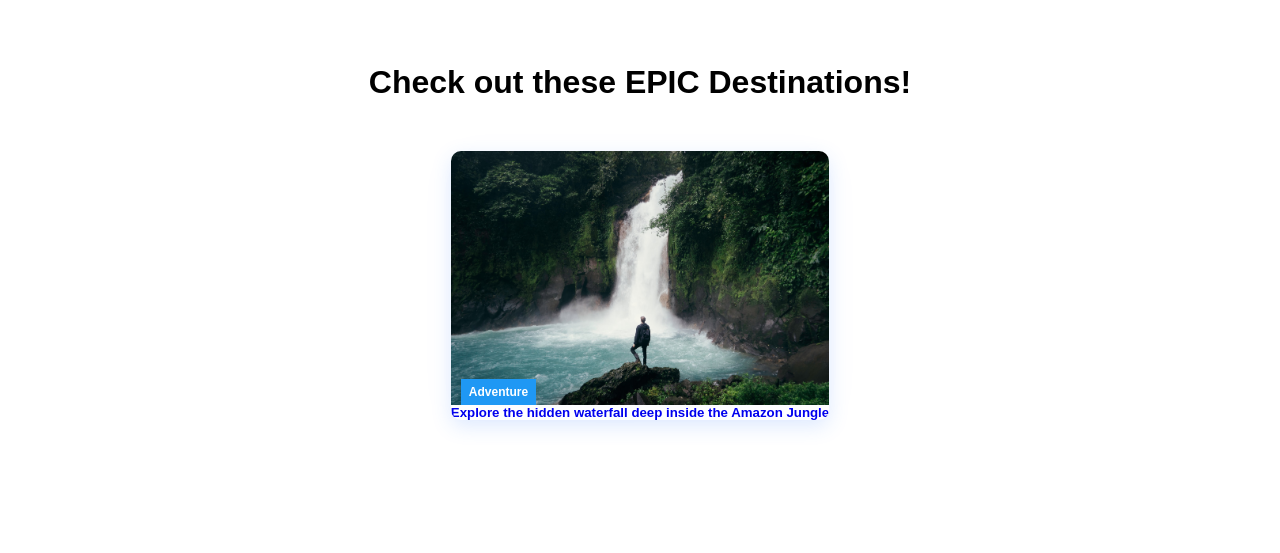
Repository: kate30980/practice-react-lp1
Page: /
The author's editor kept a copy of each file at every save. The page is drawn from the files as they stood at one save, then again after the next save.
The browser window is 1280 px wide. The pictures show the part of the page from y = 800 to 1542 px (the page is 1353 px tall before and 1542 px after).
The project was rebuilt for these pictures with package versions that can differ from the ones it lists, and the page was loaded fresh each time.

Above is the page before, as saved 2021-09-25 12:12:12.

### src/App.js
import React from "react";
import "./App.css";
import Navbar from "./components/Navbar";
import { BrowserRouter as Router, Switch, Route } from "react-router-dom";
import Home from "./components/pages/Home";
function App() {
  return (
    <>
      <Router>
        <Navbar />
        <Switch>
          <Route path="/" exact component={Home} />
        </Switch>
      </Router>
    </>
  );
}

export default App;

### src/App.css
* {
    box-sizing: border-box;
    margin: 0;
    padding: 0;
    font-family: 'PT Sans', sans-serif;
  }

### src/components/Navbar.js
import React, { useState, useEffect } from "react";
import { Button } from "./Button";
import { Link } from "react-router-dom";
import "./Navbar.css";

function Navbar() {
  const [click, setClick] = useState(false);
  const [button, setButton] = useState(true);

  const handleClick = () => setClick(!click);
  const closeMobileMenu = () => setClick(false);

  const showButton = () => {
    if (window.innerWidth <= 960) {
      setButton(false);
    } else {
      setButton(true);
    }
  };

  useEffect(() => {
    showButton();
  }, []);

  window.addEventListener("resize", showButton);

  return (
    <>
      <nav className="navbar">
        <div className="navbar-container">
          <Link to="/" className="navbar-logo" onClick={closeMobileMenu}>
            TRVL
            <i class="fab fa-typo3" />
          </Link>
          <div className="menu-icon" onClick={handleClick}>
            <i className={click ? "fas fa-times" : "fas fa-bars"} />
          </div>
          <ul className={click ? "nav-menu active" : "nav-menu"}>
            <li className="nav-item">
              <Link to="/" className="nav-links" onClick={closeMobileMenu}>
                Home
              </Link>
            </li>
            <li className="nav-item">
              <Link
                to="/services"
                className="nav-links"
                onClick={closeMobileMenu}
              >
                Services
              </Link>
            </li>
            <li className="nav-item">
              <Link
                to="/products"
                className="nav-links"
                onClick={closeMobileMenu}
              >
                Products
              </Link>
            </li>

            <li>
              <Link
                to="/sign-up"
                className="nav-links-mobile"
                onClick={closeMobileMenu}
              >
                Sign Up
              </Link>
            </li>
          </ul>
          {button && <Button buttonStyle="btn--outline">SIGN UP</Button>}
        </div>
      </nav>
    </>
  );
}

export default Navbar;

### src/components/pages/Home.js
import "../../App.css";
import HeroSection from "../HeroSection";
import React from "react";
import Cards from "../Cards";

function Home() {
  return (
    <>
      <HeroSection />
      <Cards />
    </>
  );
}
export default Home;

### src/components/Button.js
import React from "react";
import "./Button.css";
import { Link } from "react-router-dom";

const STYLES = ["btn--primary", "btn--outline"];
const SIZES = ["btn--medium", "btn--large"];

export const Button = ({
  children,
  type,
  onClick,
  buttonStyle,
  buttonSize,
}) => {
  const checkButtonStyle = STYLES.includes(buttonStyle)
    ? buttonStyle
    : STYLES[0];

  const checkButtonSize = SIZES.includes(buttonSize) ? buttonSize : SIZES[0];

  return (
    <Link to="/sign-up" className="btn-mobile">
      <button
        className={`btn ${checkButtonStyle} ${checkButtonSize} onClick={onClick} type={type}`}
      >
        {children}
      </button>
    </Link>
  );
};

### src/components/Navbar.css
.navbar {
    background: linear-gradient(90deg, rgb(28, 27, 27) 0%, rgb(26, 23, 23) 100%);
    height: 80px;
    display: flex;
    justify-content: center;
    align-items: center;
    font-size: 1.2rem;
    position: sticky;
    top: 0;
    z-index: 999;
  }

  .navbar-container {
    display: flex;
    justify-content: center;
    align-items: center;
    height: 80px;
    max-width: 1500px;
  }

  .navbar-logo {
    color: #fff;
    justify-self: start;
    margin-left: 20px;
    cursor: pointer;
    text-decoration: none;
    font-size: 2rem;
    display: flex;
    align-items: center;
  }

  .fa-typo3 {
    margin-left: 0.5rem;
    font-size: 1.8rem;
  }

  .nav-menu {
    display: grid;
    grid-template-columns: repeat(4, auto);
    grid-gap: 10px;
    list-style: none;
    text-align: center;
    width: 60vw;
    justify-content: center;
    margin-right: 2rem;
  }

  .nav-item {
    height: 80px;
  }

  .nav-links {
    color: #fff;
    display: flex;
    align-items: center;
    text-decoration: none;
    padding: 0.5rem 1rem;
    height: 100%;
  }

  .nav-links:hover {
    border-bottom: 4px solid #fff;
    transition: all 0.2s ease-out;
  }

  .fa-bars {
    color: #fff;
  }

  .nav-links-mobile {
    display: none;
  }

  .menu-icon {
    display: none;
  }

  @media screen and (max-width: 960px) {
    .NavbarItems {
      position: relative;
    }

    .nav-menu {
      display: flex;
      flex-direction: column;
      width: 100%;
      height: 90vh;
      position: absolute;
      top: 80px;
      left: -100%;
      opacity: 1;
      transition: all 0.5s ease;
    }

    .nav-menu.active {
      background: #242222;
      left: 0;
      opacity: 1;
      transition: all 0.5s ease;
      z-index: 1;
    }

    .nav-links {
      text-align: center;
      padding: 2rem;
      width: 100%;
      display: table;
    }

    .nav-links:hover {
      background-color: #fff;
      color: #242424;
      border-radius: 0;
    }

    .navbar-logo {
      position: absolute;
      top: 0;
      left: 0;
      transform: translate(25%, 50%);
    }

    .menu-icon {
      display: block;
      position: absolute;
      top: 0;
      right: 0;
      transform: translate(-100%, 60%);
      font-size: 1.8rem;
      cursor: pointer;
    }

    .fa-times {
      color: #fff;
      font-size: 2rem;
    }

    .nav-links-mobile {
      display: block;
      text-align: center;
      margin: 2rem auto;
      border-radius: 4px;
      width: 80%;
      text-decoration: none;
      font-size: 1.5rem;
      background-color: transparent;
      color: #fff;
      padding: 14px 20px;
      border: 1px solid #fff;
      transition: all 0.3s ease-out;
    }

    .nav-links-mobile:hover {
      background: #fff;
      color: #242424;
      transition: 250ms;
    }
  }

### src/components/HeroSection.js
import React from "react";
import "../App.css";
import { Button } from "./Button";
import "./HeroSection.css";

const HeroSection = () => {
  return (
    <div className="hero-container">
      <video src="/videos/video-2.mp4" autoPlay loop muted />
      <h1>ADVENTURE AWAITS</h1>
      <p>What are you waiting for?</p>
      <div className="hero-btns">
        <Button
          className="btns"
          buttonStyle="btn--outline"
          buttonSize="btn--large"
        >
          GET STARTED
        </Button>
        <Button
          className="btns"
          buttonStyle="btn--primary"
          buttonSize="btn--large"
        >
          WATCH TRAILER <i className="far fa-play-circle" />
        </Button>
      </div>
    </div>
  );
};

export default HeroSection;

### src/components/Cards.js
import React from "react";
import CardItem from "./CardItem";
import "./Cards.css";

function Cards() {
  return (
    <div className="cards">
      <h1>Check out these EPIC Destinations!</h1>
      <div className="cards__container">
        <div className="cards__wrapper">
          <ul className="cards__items">
            <CardItem
              src="images/img-9.jpg"
              text="Explore the hidden waterfall deep inside the Amazon Jungle"
              label="Adventure"
              path="/services"
            />
          </ul>
        </div>
      </div>
    </div>
  );
}

export default Cards;

### src/components/Button.css
:root{
    --primary: #fff;
}
.btn{
    padding: 8px 20px;
    border-radius:2px;
    outline:none;
    border:none;
    cursor: pointer;
}
.btn--primary{
    background-color: var(--primary);
    color: #242424;
    border:1px solid var(--primary);
}
.btn--outline{
    background-color:transparent;
    color: #fff;
    padding: 8px 20px;
    border: 1px solid var(--primary);
    transition: all 0.3s ease-out;

}
.btn--medium{
    padding: 8px 20px;
    font-size: 20px;
}
.btn--large{
    padding: 12px 26px;
    font-size:20px;
}
.btn--medium:hover, .btn--large:hover{
    background: #fff;
    color: #242424;
    transition: all 0.3s ease-out;
}

### src/components/HeroSection.css
video{
    object-fit: cover;width: 100%;height: 100%;position: fixed;
    z-index: -1;
}
.hero-container{
    /* background: url('images/img-home.jpg') center center/cover no-repeat; */
    height: 100vh;
    width: 100%;
    display: flex;flex-direction: column;
    justify-content: center;
    align-items: center;
    box-shadow: inset 0 0 0 1000px rgba(0,0,0,0.2);
    object-fit: contain;
}
.hero-container > h1{
    color: #fff;
    font-size: 100px;
    margin-top:100px;
}
.hero-container >p{
    margin-top:8px;
    color: #fff;
    font-size: 32px;
    font-family: 'Trebuchet MS', 'Lucida Sans Unicode', 'Lucida Grande', 'Lucida Sans', Arial, sans-serif;
}
.hero-btns{
    margin-top:32px;
}
.hero-btns .btn{
    margin: 6px;

}
.fa-play-circle{
    margin-left: 4px;
}
@media screen and (max-width:960px){
    .hero-container > h1{
        font-size:70px;
        margin-top: -150px;
    }
}
@media screen and (max-width:768px){
    .hero-container > h1{
        font-size:50px;
        margin-top: -100px;
    }
    .hero-container > p{
        font-size: 30px;
    }
    .btn-mobile{
        display:block;
        text-decoration: none;
    }
    .btn{
        width: 100%;
    }
}

### src/components/CardItem.js
import React from "react";
import { Link } from "react-router-dom";

function CardItem(props) {
  return (
    <>
      <li className="cards__item">
        <Link className="cards__item__link" to={props.path}>
          <figure className="cards__item__pic-wrap" data-category={props.label}>
            <img
              src={props.src}
              alt="Travel Image"
              className="cards__item__img"
            />
          </figure>
          <div className="card__item__info">
            <h5 className="card__item__text">{props.text}</h5>
          </div>
        </Link>
      </li>
    </>
  );
}

export default CardItem;

### src/components/Cards.css
.cards {
    padding: 4rem;
    background: #fff;
  }

  h1 {
    text-align: center;
  }

  .cards__container {
    display: flex;
    flex-flow: column;
    align-items: center;
    max-width: 1120px;
    width: 90%;
    margin: 0 auto;
  }

  .cards__wrapper {
    position: relative;
    margin: 50px 0 45px;
  }

  .cards__items {
    margin-bottom: 24px;
  }

  .cards__item {
    display: flex;
    flex: 1;
    margin: 0 1rem;
    border-radius: 10px;
  }

  .cards__item__link {
    display: flex;
    flex-flow: column;
    width: 100%;
    box-shadow: 0 6px 20px rgba(56, 125, 255, 0.17);
    -webkit-filter: drop-shadow(0 6px 20px rgba(56, 125, 255, 0.017));
    filter: drop-shadow(0 6px 20px rgba(56, 125, 255, 0.017));
    border-radius: 10px;
    overflow: hidden;
    text-decoration: none;
  }

  .cards__item__pic-wrap {
    position: relative;
    width: 100%;
    padding-top: 67%;
    overflow: hidden;
  }

  .fade-img {
    animation-name: fade-img;
    animation-duration: 2s;
  }

  .cards__item__pic-wrap::after {
    content: attr(data-category);
    position: absolute;
    bottom: 0;
    margin-left: 10px;
    padding: 6px 8px;
    max-width: calc((100%) - 60px);
    font-size: 12px;
    font-weight: 700;
    color: #fff;
    background-color: #1f98f4;
    box-sizing: border-box;
  }

  .cards__item__img {
    position: absolute;
    top: 0;
    right: 0;
    bottom: 0;
    left: 0;
    display: block;
    width: 100%;
    max-width: 100%;
    height: 100%;
    max-height: 100%;
    object-fit: cover;
    transition: all 0.2s linear;
  }

  .cards__item__img:hover {
    transform: scale(1.1);
  }

  .cards__item__info {
    padding: 20px 30px 30px;
  }

  .cards__item__text {
    color: #252e48;
    font-size: 18px;
    line-height: 24px;
  }

  @media only screen and (min-width: 1200px) {
    .content__blog__container {
      width: 84%;
    }
  }

  @media only screen and (min-width: 1024px) {
    .cards__items {
      display: flex;
    }
  }

  @media only screen and (max-width: 1024px) {
    .cards__item {
      margin-bottom: 2rem;
    }
  }

Loaded but not shown: src/index.js (common file)

After the next save:
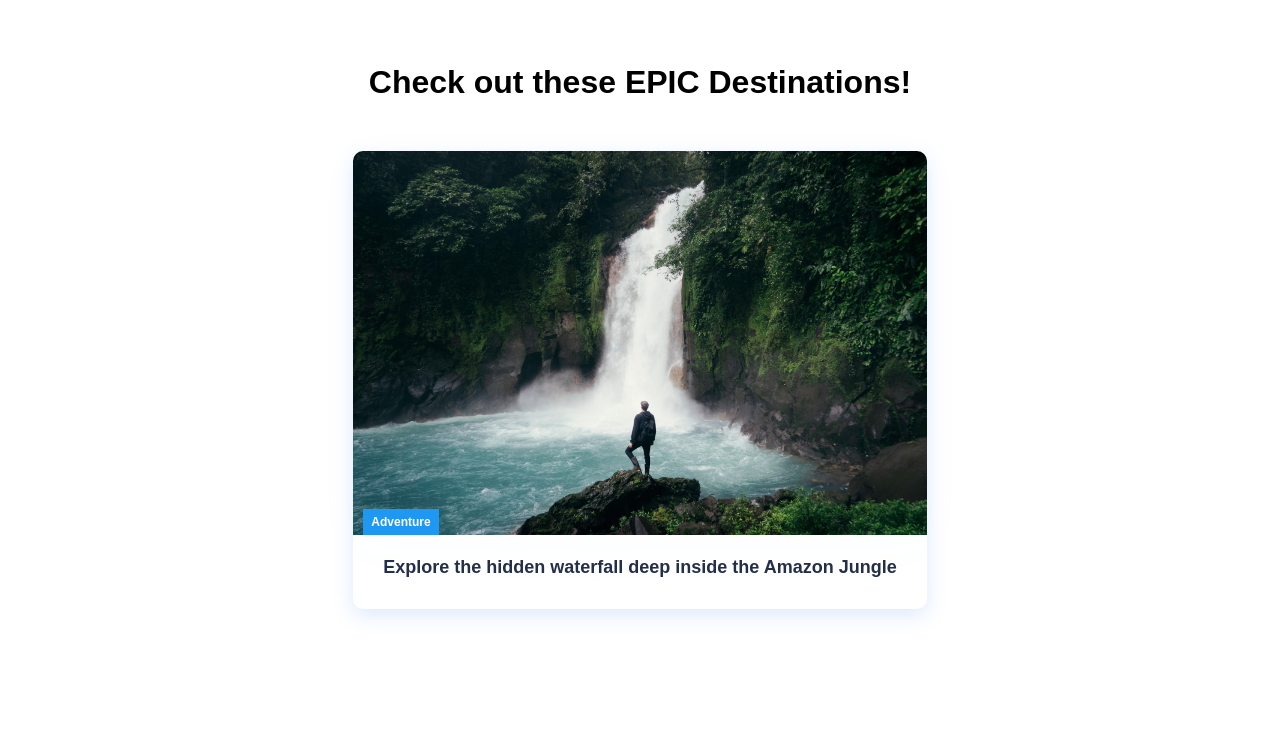
Saved 6 s later.
--- a/src/components/CardItem.js
+++ b/src/components/CardItem.js
@@ -13,8 +13,8 @@ function CardItem(props) {
               className="cards__item__img"
             />
           </figure>
-          <div className="card__item__info">
-            <h5 className="card__item__text">{props.text}</h5>
+          <div className="cards__item__info">
+            <h5 className="cards__item__text">{props.text}</h5>
           </div>
         </Link>
       </li>
